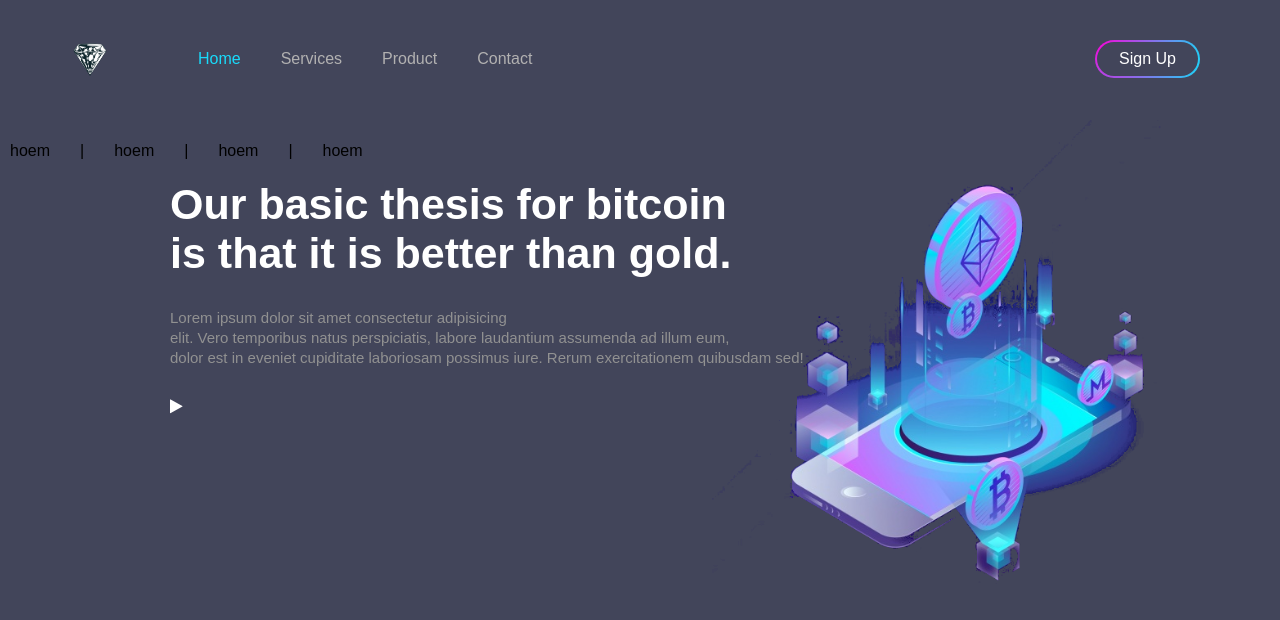
Repository: Aakarshit-Sharma19/Basic-HTML-and-CSS-Page-
Page: index.html
The author's editor kept a copy of each file at every save. The page is drawn from the files as they stood at one save, then again after the next save.
The browser window is 1280 px wide. The pictures show the whole page.

Above is the page before, as saved 2020-11-10 16:38:54.

### index.html
<!DOCTYPE html>
<html lang="en">

<head>
    <title>Crypto Currency Web App - Easy Tutorials</title>
    <link rel="stylesheet" href="style.css">
    <link rel="stylesheet" href="https://stackpath.bootstrapcdn.com/font-awesome/4.7.0/css/font-awesome.min.css">
</head>

<body>
    <div class="container">
        <div class="menu">
            <ul>
                <li class="logo"><img src="1349.png" alt="diamond"></li>
                <li class="active">Home</li>
                <li>Services</li>
                <li>Product</li>
                <li>Contact</li>
                <li><a href="#" class="signup-btn"><span>Sign Up</span></a></li>
            </ul>
        </div>
        <div class="banner">
            <div class="app-text">
                <h1>Our basic thesis for bitcoin <br> is that it is better than gold.</h1>
                <p>Lorem ipsum dolor sit amet consectetur adipisicing <br>elit. Vero temporibus natus perspiciatis,
                    labore
                    laudantium assumenda ad illum eum,<br>  dolor est in eveniet cupiditate laboriosam possimus iure.
                    Rerum
                    exercitationem quibusdam sed!</p>
                <div class="play-btn">
                    <div class="play-btn-inner"><i class="fa fa-play" aria-hidden="true"></i>
                    </div>
                </div>
            </div>
            <div class="app-picture">
                <img src="background.png" alt="">
            </div>
        </div>
        <div class="test">
            <ul class="test">
                <li>hoem</li>
                <li>|</li>
                <li>hoem</li>
                <li>|</li>
                <li>hoem</li>
                <li>|</li>
                <li>hoem</li>
            </ul>
        </div>
    </div>
</body>

</html>

### style.css
* {
    margin: 0;
    padding: 0;
    font-family: sans-serif;
}

body{
    background: #42455a;
}
.container{
    width: 100%;
    height: 100%;
}

.menu ul{
    display: inline-flex;
    margin: 50px;
}

.menu ul li{
    list-style: none;
    margin: 0 20px;
    color: #b2b1b1;
    cursor: pointer;
}

.logo img{
    width: 40px;
    margin-top: -12px;
    margin-right: 48px;
}

.active{
    color: #19dafa!important;
}

.signup-btn{
    top: 40px;
    right: 80px;
    position: absolute;
    text-decoration: none;
    color: #fff;
    border: 2px solid transparent;
    border-radius: 20px;
    background-image: linear-gradient(#42455a, #42455a), radial-gradient(circle at top left, #fd00da, #19d7f8);
    background-origin: border-box;
    background-clip: content-box,border-box;
}

.signup-btn span{
    display: block;
    padding: 8px 22px;
}

.banner{
    width: 80%;
    height: 70%;
    top: 25%;
    left: 130px;
    position: absolute;
    color: #fff;
}

.app-text{
    width: 50%;
    float: left;
}

.app-text h1{
    font-size: 43px;
    width: 640px;
    position: relative;
    margin-left: 40px;
}

.app-text p{
    font-size: 15px;
    width: 650px;
    margin: 30px 0 30px 40px;
    line-height: 20px;
    color: #919191;
}

.app-picture{
    width: 50%;
    float: right;
}

.app-picture img{
    width: 100%;
    margin-top: -60px;
    padding-left: 70px;
}

.play-btn{
    margin-left: 40px;
    display: inline-flex;
}

.test {
    flex-direction: row;
    display: inline-flex;
}

.test li {
    list-style: none;
    margin-right: 10px;
    padding: 10px;
}

.test li:hover{
    color: #19d7f8;
}

After the next save:
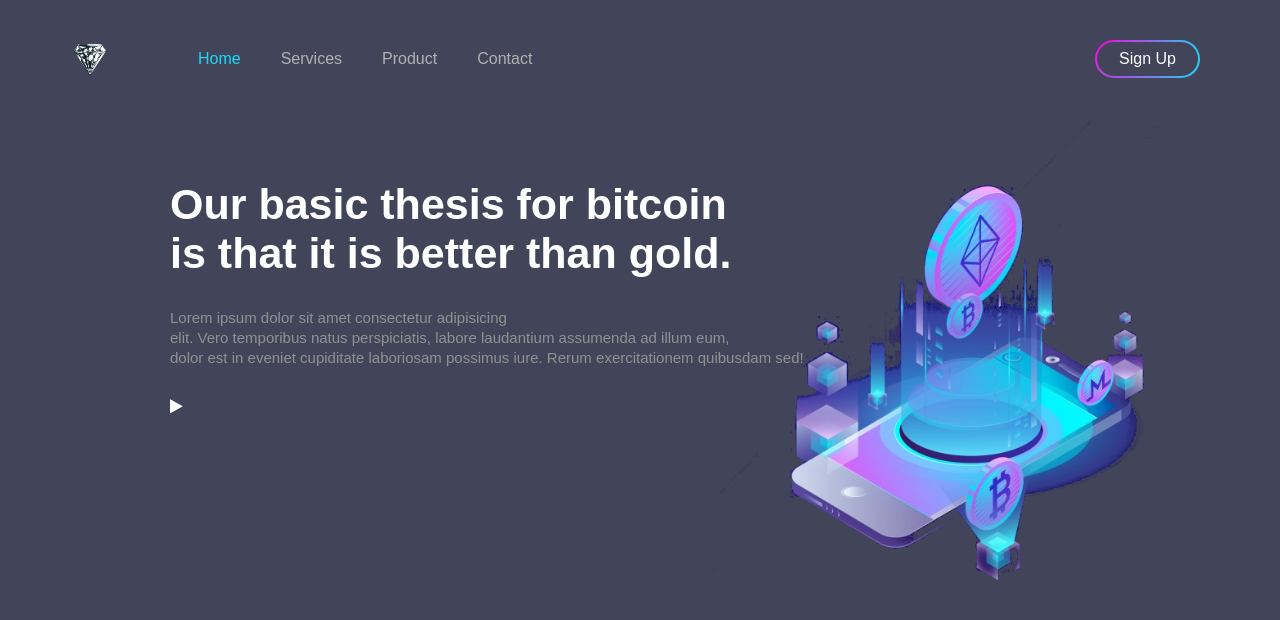
Saved 27 s later.
--- a/index.html
+++ b/index.html
@@ -36,17 +36,6 @@
                 <img src="background.png" alt="">
             </div>
         </div>
-        <div class="test">
-            <ul class="test">
-                <li>hoem</li>
-                <li>|</li>
-                <li>hoem</li>
-                <li>|</li>
-                <li>hoem</li>
-                <li>|</li>
-                <li>hoem</li>
-            </ul>
-        </div>
     </div>
 </body>
 

After the save that followed:
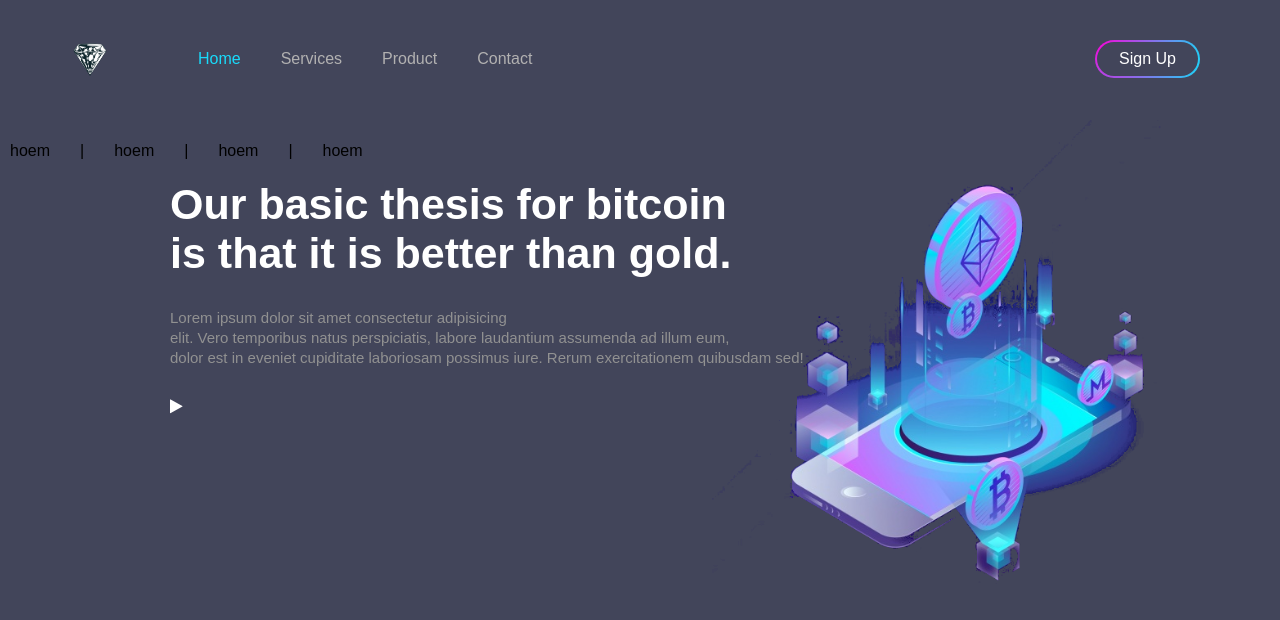
Saved 82 s later.
--- a/index.html
+++ b/index.html
@@ -36,6 +36,17 @@
                 <img src="background.png" alt="">
             </div>
         </div>
+        <div class="test">
+            <ul class="test">
+                <li>hoem</li>
+                <li>|</li>
+                <li>hoem</li>
+                <li>|</li>
+                <li>hoem</li>
+                <li>|</li>
+                <li>hoem</li>
+            </ul>
+        </div>
     </div>
 </body>
 
